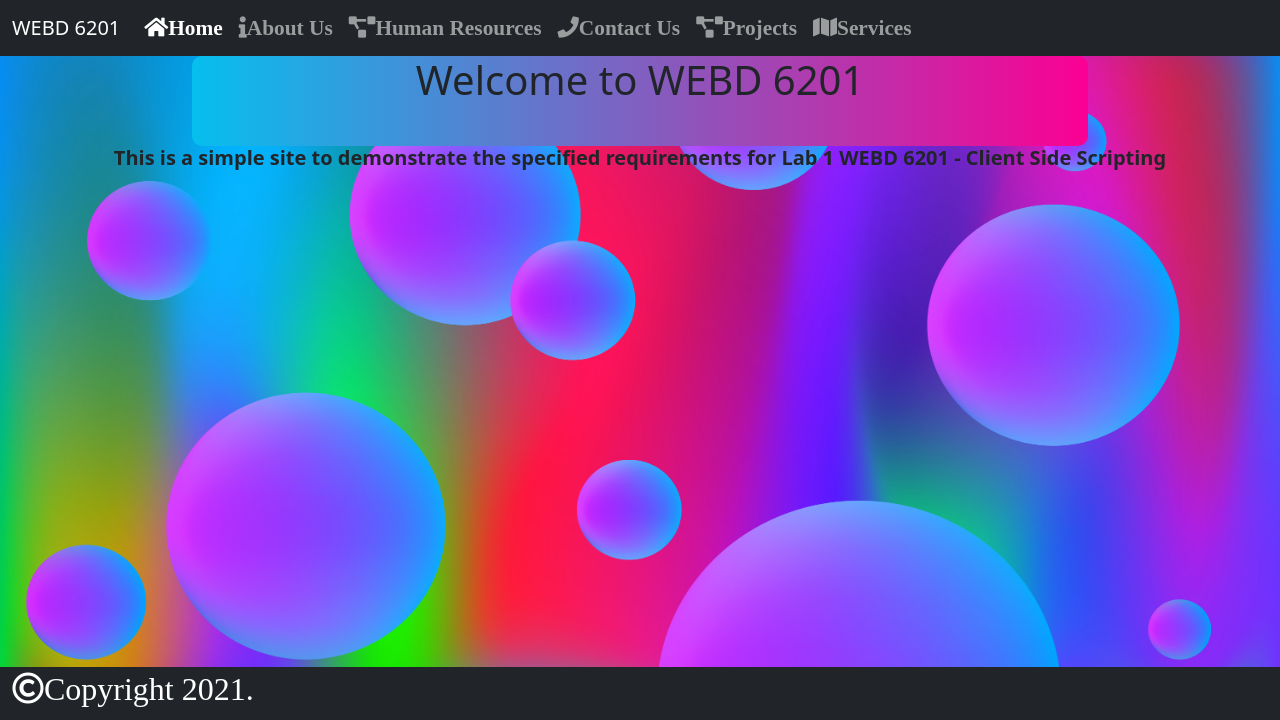
Repository: vans12345678/WEBD6201-W2021-Lab1
Page: index.html
The author's editor kept a copy of each file at every save. The page is drawn from the files as they stood at one save, then again after the next save.
The browser window is 1280 px wide. The pictures show the whole page.

Above is the page before, as saved 2021-02-04 20:01:51.

After the next save:
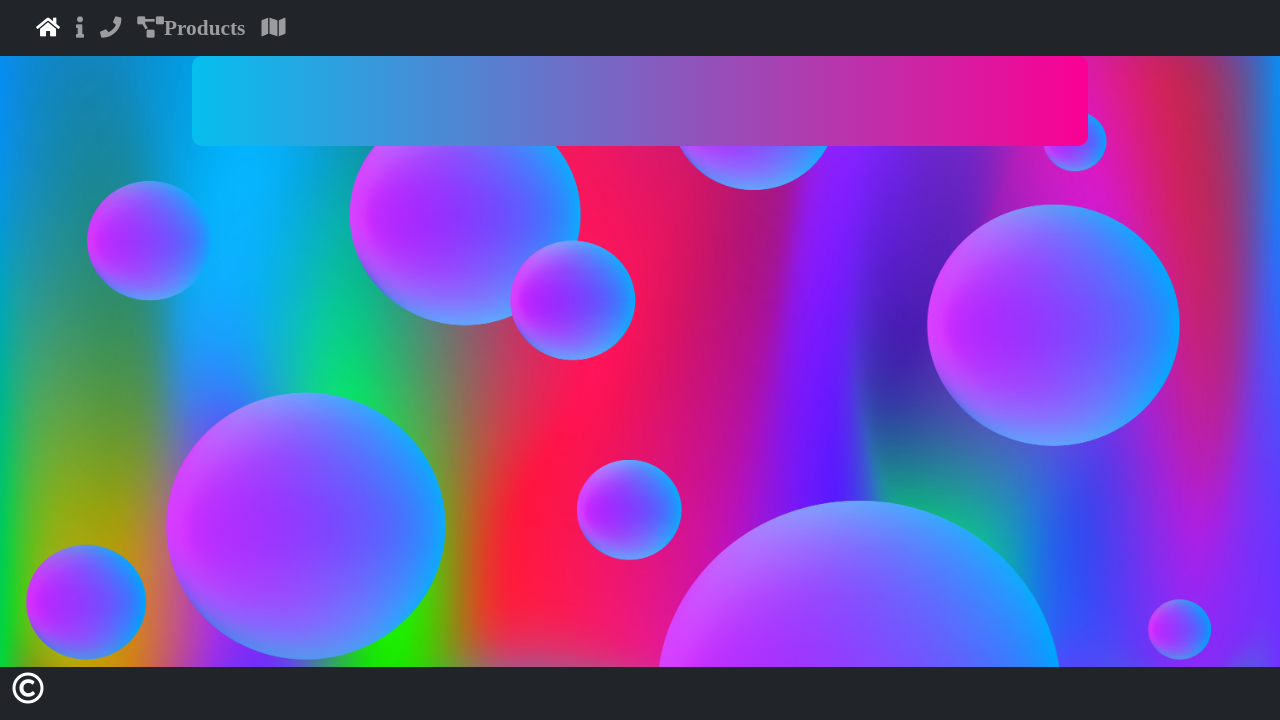
Console error: SyntaxError: Unexpected token '}'
Saved 25 s later.
--- a/Scripts/app.js
+++ b/Scripts/app.js
@@ -1,11 +1,11 @@
-/************************************************************
+/************************************************************\
  * Name: Andre Agrippa, Michai Pryce
  * Date: 01/20/2021
  * Description: This file adds functionality to the Home,
  * About Us, Human Resources, Contact Us, Projects and Services
  * pages.
  * Date Completed: 02/05/2021
- */
+ ************************************************************\
 
 "use strict";
 
